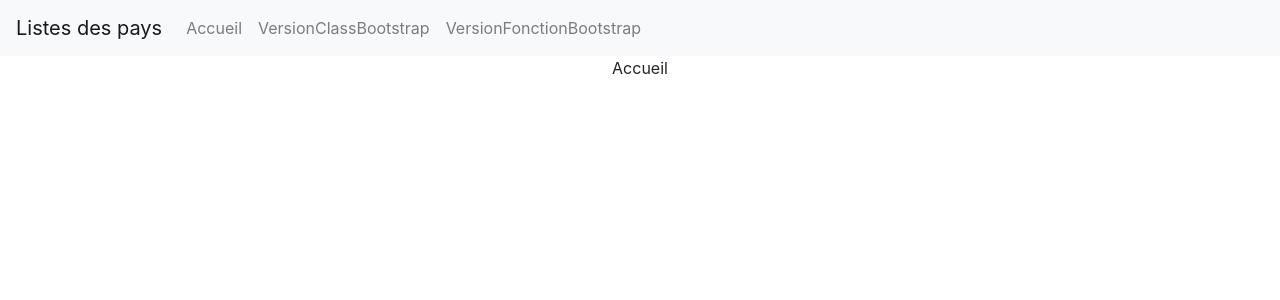
Repository: LudovicB21/CountryTest
Page: /
These files come from the project's save history. The page is drawn as it stood at one moment and after the next save; the edit follows.
The browser window is 1280 px wide. The pictures show the whole page.
The project was rebuilt for these pictures with package versions that can differ from the ones it lists, and the page was loaded fresh each time. Also part of the build but not shown: src/components/VersionClassBootstrap/ListPays.components.js, src/components/VersionClassBootstrap/InfoPays.components.js.

Above is the page before, as saved 2020-10-29 09:58:47.

After the next save:
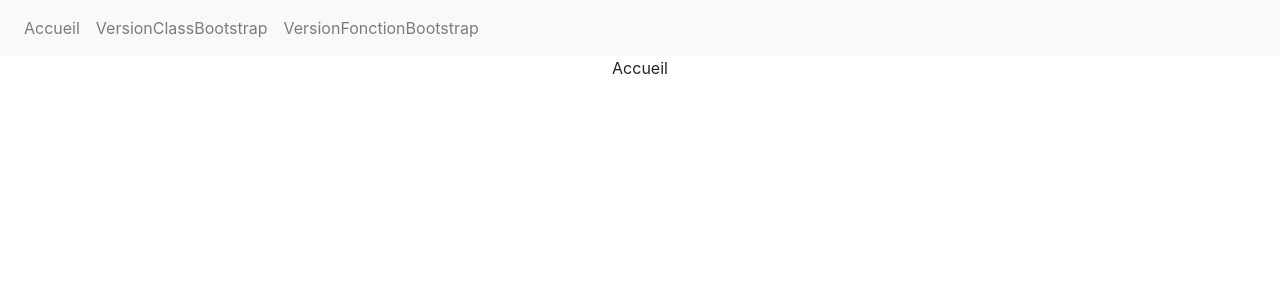
Saved 10 s later.
--- a/src/components/Navigation.js
+++ b/src/components/Navigation.js
@@ -5,7 +5,6 @@ class Navigation extends Component {
     render() {
         return (
             <nav class="navbar navbar-expand-lg navbar-light bg-light">
-            <a class="navbar-brand" href="#">Listes des pays</a>
             <button class="navbar-toggler" type="button" data-toggle="collapse" data-target="#navbarNav" aria-controls="navbarNav" aria-expanded="false" aria-label="Toggle navigation">
                 <span class="navbar-toggler-icon"></span>
             </button>
